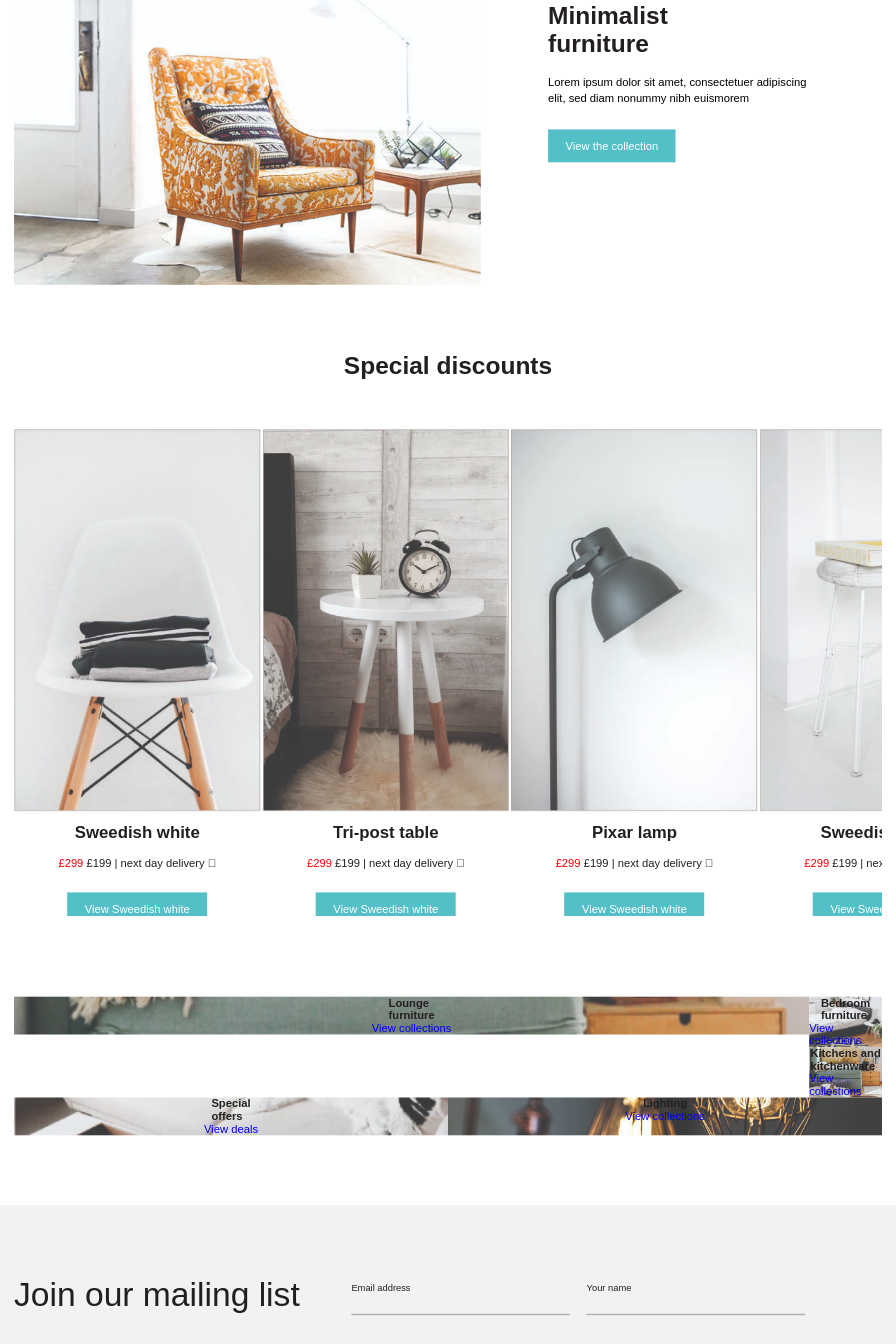
Repository: dinhhaidh/republic-web
Page: index.html
The author's editor kept a copy of each file at every save. The page is drawn from the files as they stood at one save, then again after a run of saves.
The browser window is 1280 px wide. The pictures show the part of the page from y = 757 to 2677 px (the page is 3462 px tall), at 70% of full size.
Some web fonts or font styles are not loaded; a fallback is used. Some web libraries are served in a nearby version.

Above is the page before, as saved 2024-01-26 08:36:44.

After the next 3 saves:
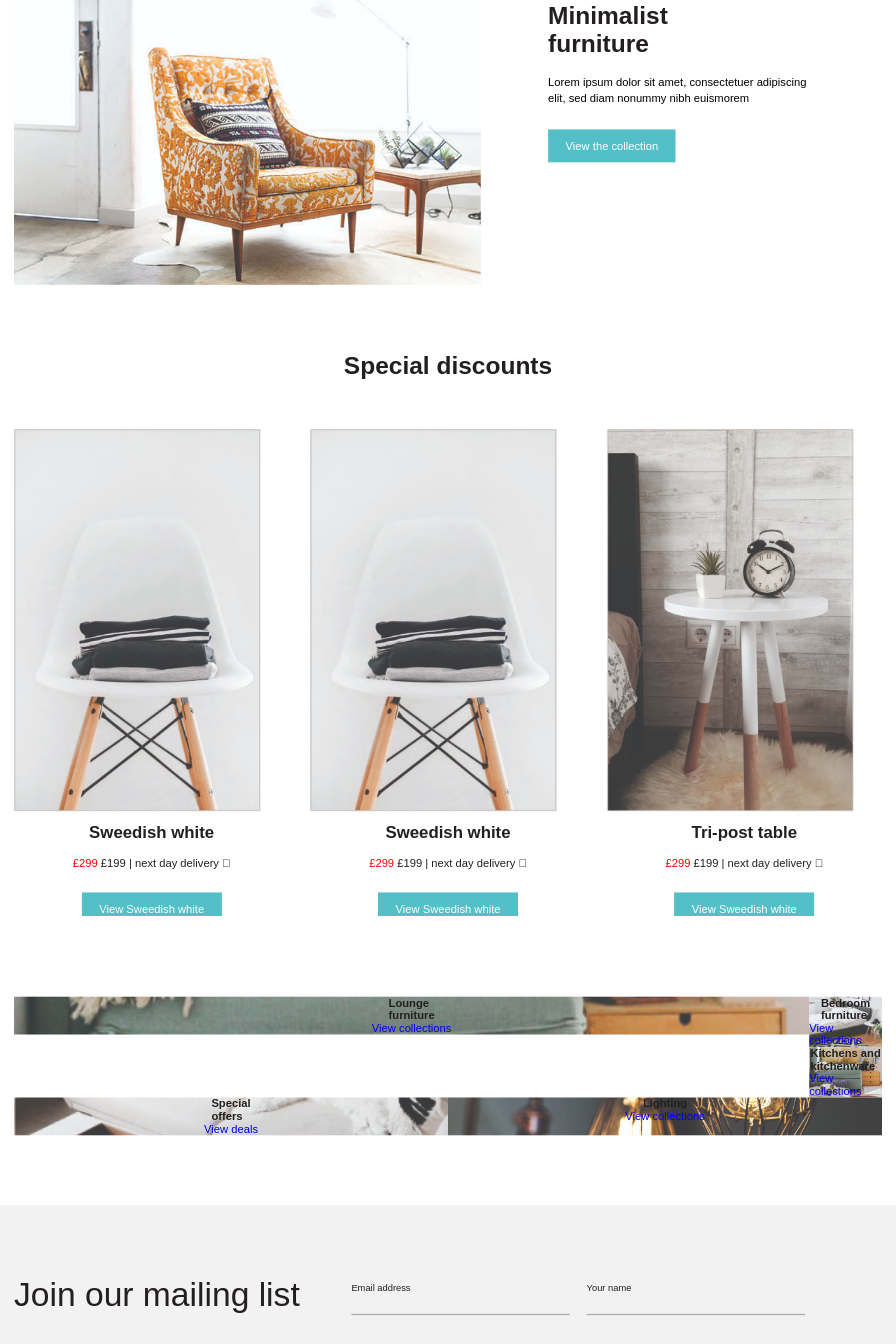
The 3 saves are shown as one change because they came seconds apart.
The last was saved 13 s later.
--- a/js/main.js
+++ b/js/main.js
@@ -65,27 +65,27 @@
   // },
 });
 
-// var swiper = new Swiper(".lounge__container", {
-//   // luot lien tuc
-//     spaceBetween: 32,
-//     grabCursor: true,
-//     centeredSlides: true,
-//     slidesPerView: "auto",
-//     loop: true,
+var swiper = new Swiper(".lounge__container", {
+  // luot lien tuc
+    spaceBetween: 32,
+    grabCursor: true,
+    centeredSlides: true,
+    slidesPerView: "auto",
+    loop: true,
 
-// slidesPerView: 3,
-// spaceBetween: 30,
-// freeMode: true,
-// pagination: {
-//   el: ".swiper-pagination",
-//   clickable: true,
-// },
+slidesPerView: 3,
+spaceBetween: 30,
+freeMode: true,
+pagination: {
+  el: ".swiper-pagination",
+  clickable: true,
+},
 
-//   slidesPerView: 3,
-//   spaceBetween: 30,
-//   centeredSlides: true,
-//   pagination: {
-//     el: ".swiper-pagination",
-//     clickable: true,
-//   },
-// });
+  slidesPerView: 3,
+  spaceBetween: 30,
+  centeredSlides: true,
+  pagination: {
+    el: ".swiper-pagination",
+    clickable: true,
+  },
+});

After the save that followed:
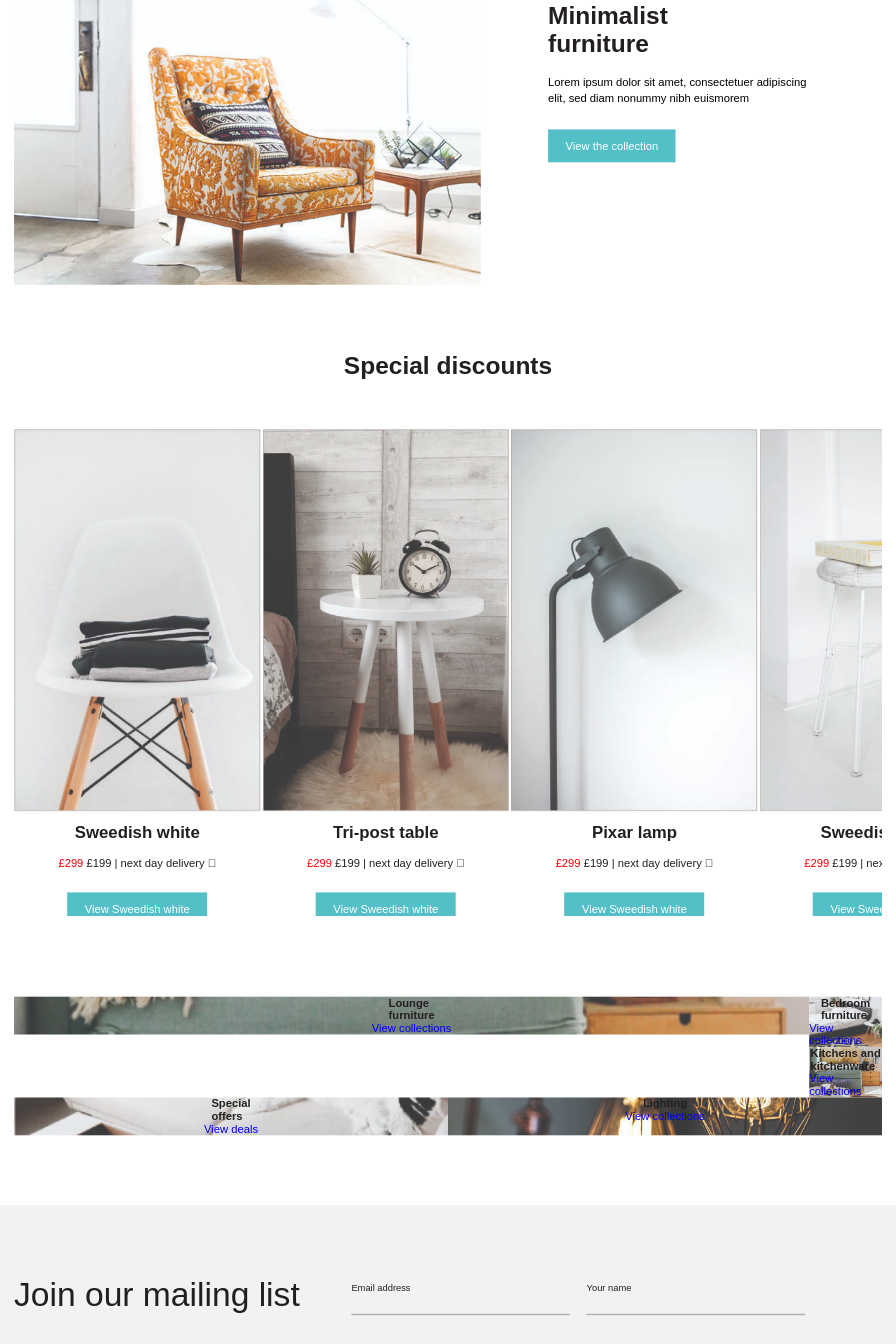
Saved 22 s later.
--- a/js/main.js
+++ b/js/main.js
@@ -65,27 +65,27 @@
   // },
 });
 
-var swiper = new Swiper(".lounge__container", {
-  // luot lien tuc
-    spaceBetween: 32,
-    grabCursor: true,
-    centeredSlides: true,
-    slidesPerView: "auto",
-    loop: true,
+// var swiper = new Swiper(".lounge__container", {
+//   // luot lien tuc
+//     spaceBetween: 32,
+//     grabCursor: true,
+//     centeredSlides: true,
+//     slidesPerView: "auto",
+//     loop: true,
 
-slidesPerView: 3,
-spaceBetween: 30,
-freeMode: true,
-pagination: {
-  el: ".swiper-pagination",
-  clickable: true,
-},
+// slidesPerView: 3,
+// spaceBetween: 30,
+// freeMode: true,
+// pagination: {
+//   el: ".swiper-pagination",
+//   clickable: true,
+// },
 
-  slidesPerView: 3,
-  spaceBetween: 30,
-  centeredSlides: true,
-  pagination: {
-    el: ".swiper-pagination",
-    clickable: true,
-  },
-});
+//   slidesPerView: 3,
+//   spaceBetween: 30,
+//   centeredSlides: true,
+//   pagination: {
+//     el: ".swiper-pagination",
+//     clickable: true,
+//   },
+// });
